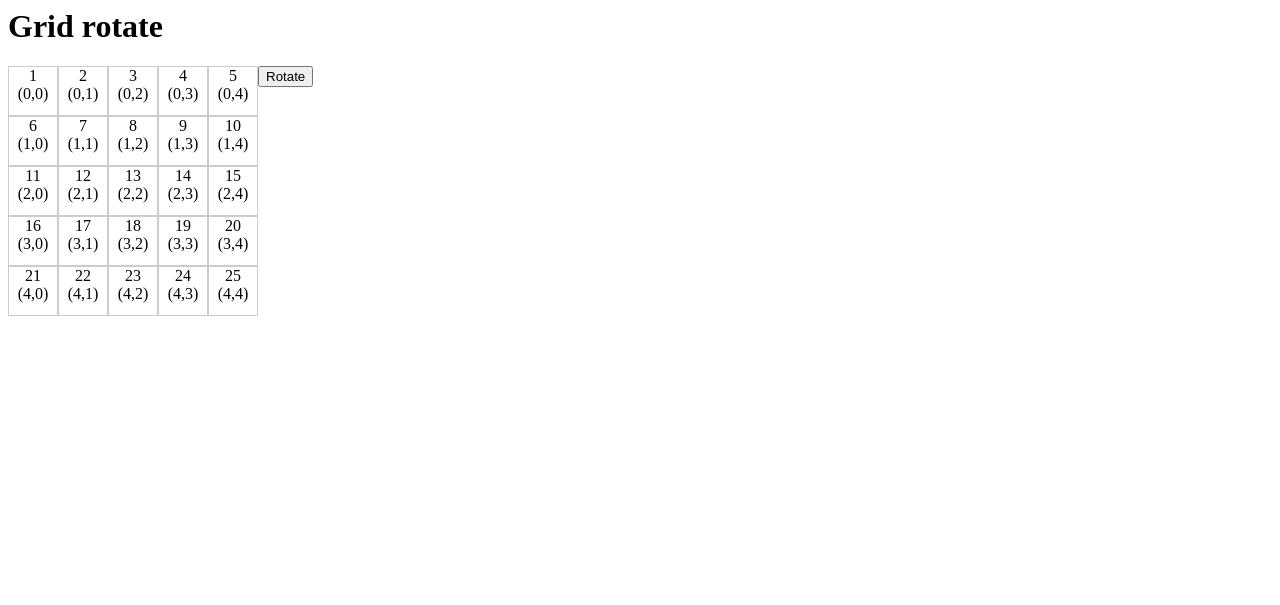
Repository: rashko/rotatematrix
Page: index.html
The author's editor kept a copy of each file at every save. The page is drawn from the files as they stood at one save, then again after the next save.
The browser window is 1280 px wide. The pictures show the whole page.

Above is the page before, as saved 2018-07-08 00:17:03.

After the next save:
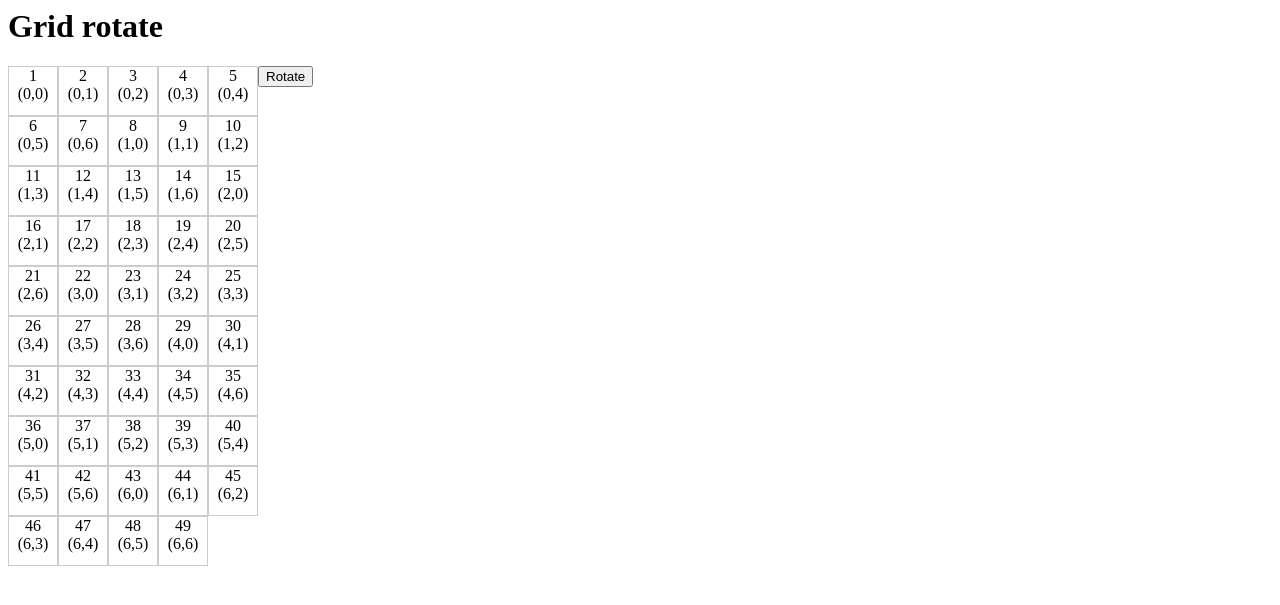
Saved 38 s later.
--- a/index.html
+++ b/index.html
@@ -28,7 +28,7 @@
 var grid = document.getElementById("grid");
 var rotator =  document.getElementById("rotator");
 var moveCountElement =  document.getElementById("moveCount");
-const GRID_SIZE = 5;
+const GRID_SIZE = 7;
 let counter = 0;
 var matrix = [];
 var memory = [];
